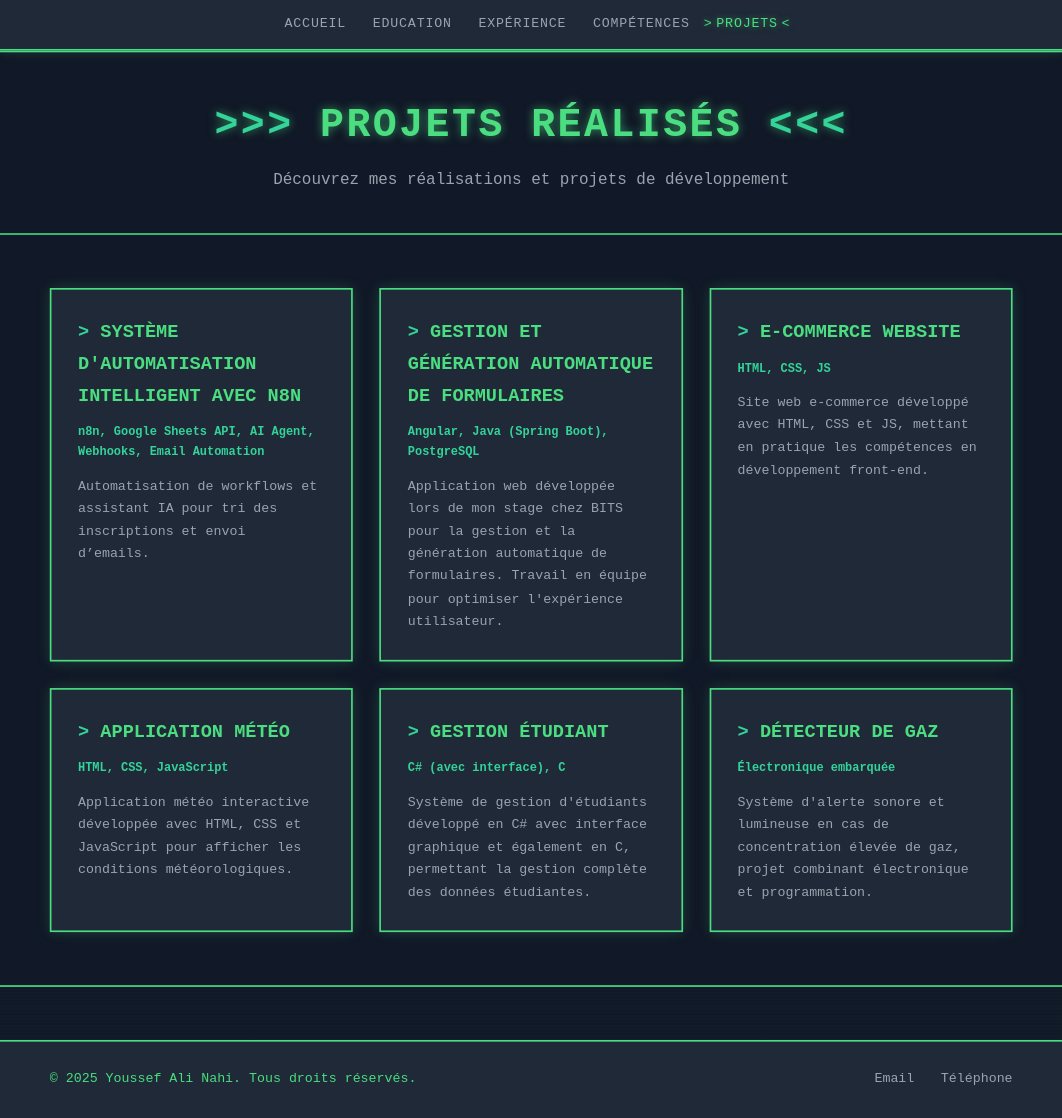
Repository: Youssef-Nahi504/My_Portfolio
Page: projets.html
The author's editor kept a copy of each file at every save. The page is drawn from the files as they stood at one save, then again after the next save.
The browser window is 1280 px wide. The pictures show the whole page, at 83% of full size.

Above is the page before, as saved 2025-12-21 16:58:48.
Console error: TypeError: Cannot set properties of null (setting 'textContent')

After the next save:
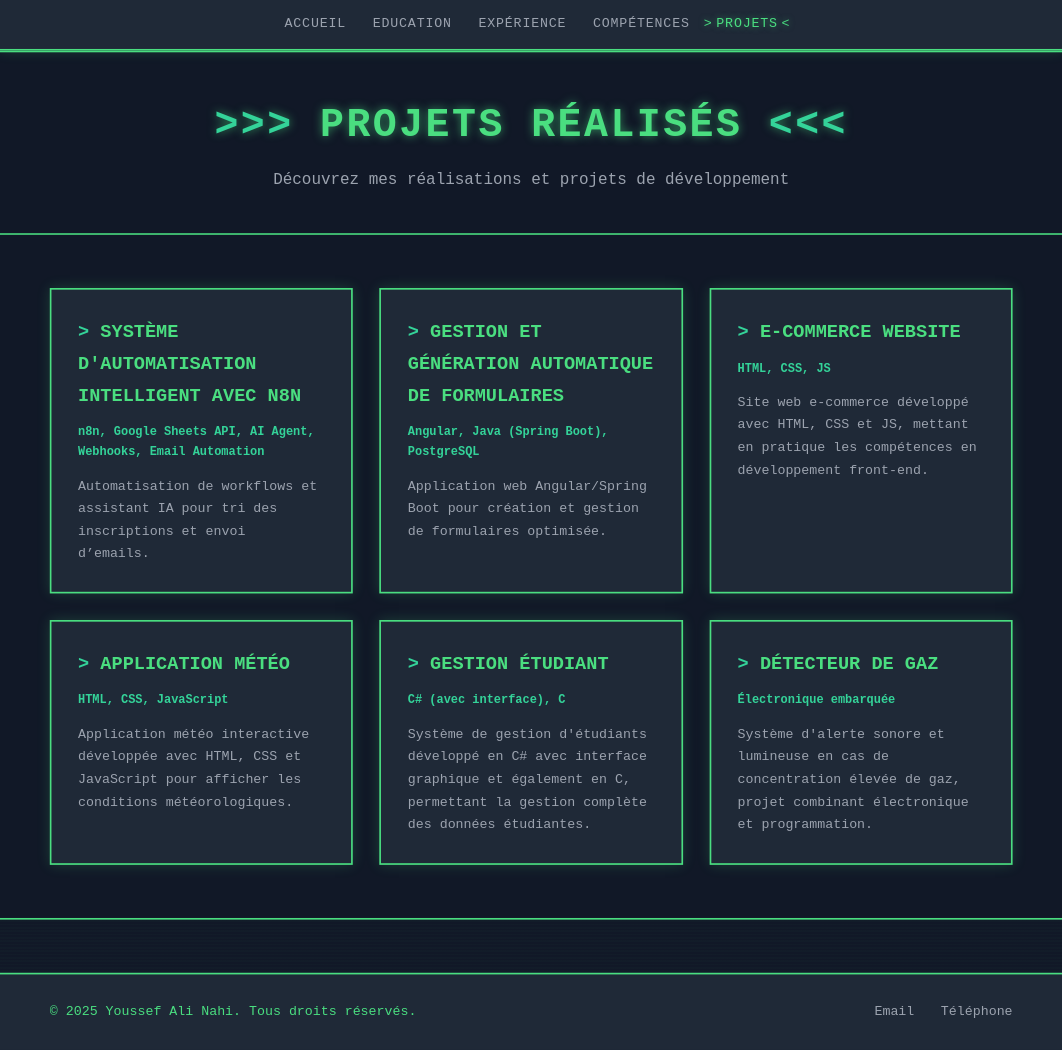
Saved 22 s later.
--- a/projets.html
+++ b/projets.html
@@ -47,8 +47,7 @@ Automatisation de workflows et assistant IA pour tri des inscriptions et envoi d
                         <h3>Gestion et Génération Automatique de Formulaires</h3>
                         <p class="project-tech">Angular, Java (Spring Boot), PostgreSQL</p>
                         <p class="project-description">
-                            Application web développée lors de mon stage chez BITS pour la gestion et la génération
-                            automatique de formulaires. Travail en équipe pour optimiser l'expérience utilisateur.
+                            Application web Angular/Spring Boot pour création et gestion de formulaires optimisée.
                         </p>
                     </div>
 
